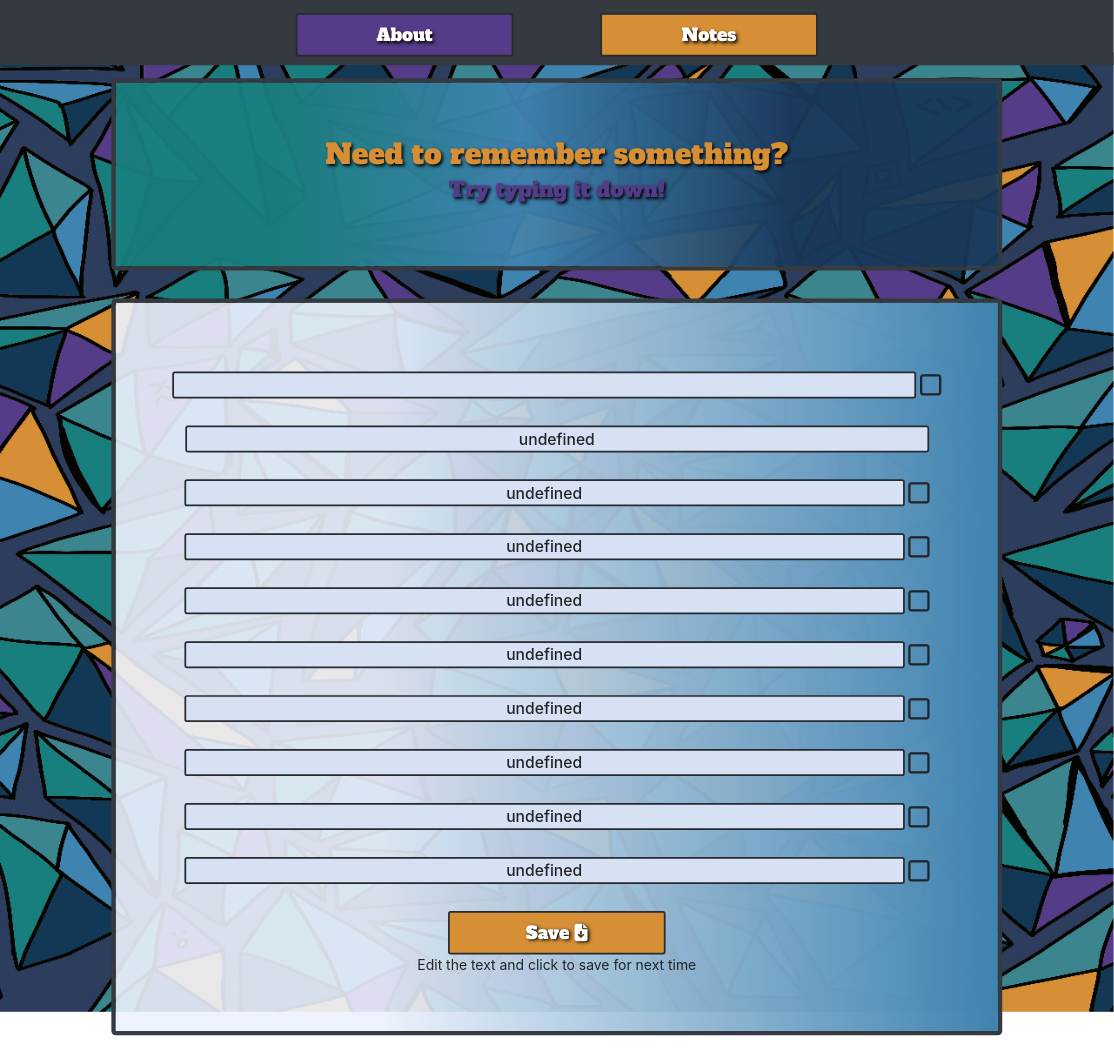
Repository: Kamicoda/Mynote
Page: index.html
The author's editor kept a record of every edit. The page is drawn from the files as they stood at one moment, then again after the next edit.
The browser window is 1280 px wide. The pictures show the whole page, at 87% of full size.
Backgrounds fixed to the window are drawn as part of the page. Some web fonts or font styles are not loaded; a fallback is used. Some web libraries are served in a nearby version.

Above is the page before.

### index.html
<!DOCTYPE html>
<html lang="en">

<head>
    <meta charset="UTF-8">
    <meta name="viewport" content="width=device-width, initial-scale=1.0">
    <meta http-equiv="X-UA-Compatible" content="ie=edge">
    <title>Document</title>


    <!--Bootstrap-->
    <link rel="stylesheet" href="https://maxcdn.bootstrapcdn.com/bootstrap/4.2.1/css/bootstrap.min.css" type="text/css" />
    <link rel="stylesheet" href="https://cdnjs.cloudflare.com/ajax/libs/hover.css/2.3.1/css/hover-min.css" type="text/css" />
    <!--Css-->
    <link rel="stylesheet" href="assets/style/style.css" type="text/css" />
    <link href="https://fonts.googleapis.com/css?family=Alfa+Slab+One&display=swap" rel="stylesheet">
    <!--Jquery-->
    <script src="https://code.jquery.com/jquery-3.4.1.min.js" integrity="sha256-CSXorXvZcTkaix6Yvo6HppcZGetbYMGWSFlBw8HfCJo=" crossorigin="anonymous"></script>

    <!--Scripts-->
    <script src="https://kit.fontawesome.com/06adabaaa3.js"></script>
    <script type="text/javascript" src="assets/js/script1.js"></script>
    <script type="text/javascript" src="assets/js/script2.js"></script>


</head>

<body class="bgbody" onload="checkEdits()">

    <!--navigation-->
    <div class="container-fluid bg-dark">
        <ul class="nav justify-content-center">
            <li class="nav-item">
                <button id="aboutNav" type="button" class="btn btn-secondary btn-lg border border-light">About</button>
            </li>
            <li class="nav-item">
                <button id="notesNav" type="button" class="btn btn-primary btn-lg border border-light">Notes</button>
            </li>

        </ul>
    </div>

    <div class="jumbotron border border-dark header bg-grey mx-auto">
        <div class="row">
            <div id="headerwelcome" class="col-12">
                <h2 class="fancytext"> Need to remember something?</h2>
                <h4 class="fancytextsm">Try typing it down!</h4>
            </div>

            <div id="headerabout" class="col-12">
                <h2 class="fancytext"> Aboot, Abouut, Abuuut!</h2>
                <h4 class="fancytextsm">have a quick read</h4>
            </div>

            <div id="headernotes" class="col-12">
                <h2 class="fancytext"> Don't forget to not forget!</h2>
                <h4 class="fancytextsm">Also don't forget to keep it stupidly simple</h4>
            </div>
        </div>
    </div>

    <div class="jumbotron border border-dark cont header mx-auto">
        <div class="container-flex">


            <section id="aboutSec">
                <div class="row">
                    <div class="col-12">
                        <p>here to help you remember!</p>
                        <div class="row">
                            <div class="col-md-12 col-lg-6 col-xl-8">
                                <p>this website should make writing things down a little easier there are a few features to be added at some point,
                                but less off that just remember keep calm and make it concice youll get through whatever you need notes for! </p>
                                <hr class="my-4">
                                <p> to use simply type your note and hit save, thats it it will save a note to your local browser storage like how google autofills things for you.</p>
                            </div>
                            <div class="col-md-12 col-lg-6 col-xl-4 justify-content-center mx-auto">
                                <div class="catnote"></div>
                                <p>Don't end up like cat note!</p>
                            </div>
                        </div>
                    </div>
                </div>
        </div>
        </section>

        <section id="notesSec">
            <div class="row">

                <div class="col-12">
                    <div id="editList" class="row">

                        <div class="col-12">
                            <p id="edit" contenteditable="true" class="editableP border border-light" placeholder="Write your notes here!"></p>
                            <div id="checkBox" class="checkbox">
                                <i id="fasquare" class="far fa-square"></i>
                                <i id="fabox" class="far fa-check-square"></i>
                            </div>
                        </div>

                        <div class="col-12">
                            <p id="edit1" contenteditable="true" class="editableP border border-light" placeholder=">Note 2?</p>
                            <div id="checkBox1" class="checkbox">
                                <i id="fasquare1" class="far fa-square"></i>
                                <i id="fabox1" class="far fa-check-square"></i>
                            </div>
                        </div>

                        <div class="col-12">
                            <p id="edit2" contenteditable="true" class="editableP border border-light">Or note 3?</p>
                            <div id="checkBox2" class="checkbox">
                                <i id="fasquare2" class="far fa-square"></i>
                                <i id="fabox2" class="far fa-check-square"></i>
                            </div>
                        </div>

                        <div class="col-12">
                            <p id="edit3" contenteditable="true" class="editableP border border-light">Have fun with these!</p>
                            <div id="checkBox3" class="checkbox">
                                <i id="fasquare3" class="far fa-square"></i>
                                <i id="fabox3" class="far fa-check-square"></i>
                            </div>
                        </div>

                        <div class="col-12">
                            <p id="edit4" contenteditable="true" class="editableP border border-light">But remeber</p>
                            <div id="checkBox4" class="checkbox">
                                <i id="fasquare4" class="far fa-square"></i>
                                <i id="fabox4" class="far fa-check-square"></i>
                            </div>
                        </div>

                        <div class="col-12">
                            <p id="edit5" contenteditable="true" class="editableP border border-light">Once you hit save</p>
                            <div id="checkBox5" class="checkbox">
                                <i id="fasquare5" class="far fa-square"></i>
                                <i id="fabox5" class="far fa-check-square"></i>
                            </div>
                        </div>

                        <div class="col-12">
                            <p id="edit6" contenteditable="true" class="editableP border border-light">These messeges will go away :(</p>
                            <div id="checkBox6" class="checkbox">
                                <i id="fasquare6" class="far fa-square"></i>
                                <i id="fabox6" class="far fa-check-square"></i>
                            </div>
                        </div>

                        <div class="col-12">
                            <p id="edit7" contenteditable="true" class="editableP border border-light">Mybe you should take a note of that?</p>
                            <div id="checkBox7" class="checkbox">
                                <i id="fasquare7" class="far fa-square"></i>
                                <i id="fabox7" class="far fa-check-square"></i>
                            </div>
                        </div>

                        <div class="col-12">
                            <p id="edit8" contenteditable="true" class="editableP border border-light">Or not?</p>
                            <div id="checkBox8" class="checkbox">
                                <i id="fasquare8" class="far fa-square"></i>
                                <i id="fabox8" class="far fa-check-square"></i>
                            </div>
                        </div>

                        <div class="col-12">
                            <p id="edit9" contenteditable="true" class="editableP border border-light">Have fun :)</p>
                            <div id="checkBox9" class="checkbox">
                                <i id="fasquare9" class="far fa-square"></i>
                                <i id="fabox9" class="far fa-check-square"></i>
                            </div>

                            <div>
                                <button type="button " onclick="save()" class="btn btn-primary btn-lg border border-light saveButton">Save
                        <i class="fas fa-file-download"></i></button>
                            </div>

                            <div id="update"> Edit the text and click to save for next time </div>
                        </div>
                    </div>
                </div>
            </div>
        </section>
    </div>

</body>
<footer>

</footer>

</html>

### assets/style/style.css
@import url('https://fonts.googleapis.com/css?family=Roboto:100,200,300,400,500,600,700|Exo:100,200,300,400,500,600,700|Six Caps:100,200,300,400,500,600,700');

/*Colors*/

.bg-dark {
    background-color: rgba(39, 42, 48, 1);
}

.bg-grey {
    background: rgb(24, 127, 126);
    background: linear-gradient(90deg, rgba(24, 127, 126, 0.95) 18%, rgba(63, 131, 176, 0.95) 46%, rgba(25, 56, 90, 0.95) 77%);
}

.bg-light {
    background-color: rgba(72, 63, 57, 0.5);

}

/*background*/

.border-dark {
    margin-top: 15px;
    border-width: 5px !important;
    border-bottom-style: solid;
    border-color: rgba(39, 42, 48, 1);
}

.border-light {
    margin-top: 15px;
    border-width: 2px !important;
    border-bottom-style: solid;
    border-color: rgba(39, 42, 48, 1) !important;
    border-radius: 3px;
}

.bgbody {
    background: url("notesBg.jpg");
    Margin: 0;
    background-position: center;
    background-repeat: no-repeat;
    background-attachment: fixed;
    z-index: -1;
}

.catnote {
    background-image: url("catnote.jpg");
    background-size: contain;
    width: 100%;
    height: 218px;
    background-position: center;
    background-repeat: no-repeat;
}

.navigationbackground {
    position: fixed;
    height: 100%;
    width: 100%;
}

.nav-item {
    margin-left: 50px;
    margin-right: 50px;
    margin-bottom: 10px;
}

.btn {
    border-radius: 0;
    width: 250px;
    border-radius: 3px;
    font-family: 'Alfa Slab One', cursive;
    text-shadow: 2px 2px 4px #000000;
}

.btn-primary {
    background-color: #d68f35;
}

.btn-primary:hover {
    color: #fff;
    background-color: #ffad44;
}

.btn-primary.focus,
.btn-primary:focus {
    box-shadow: 0 0 0 0.2rem rgb(243, 187, 116);
}

.btn-primary:not(:disabled):not(.disabled):active,
.show>.btn-primary.dropdown-toggle {
    color: #fff;
    background-color: #d68f35;
    border-color: #d68f35;
}

.btn-secondary {
    background-color: #543c88;
}

.btn-secondary:hover {
    color: #fff;
    background-color: #6a42bf;
}

.btn-secondary.focus,
.btn-secondary:focus {
    box-shadow: 0 0 0 0.2rem rgb(84, 60, 136);
}

.btn-secondary:not(:disabled):not(.disabled):active,
.show>.btn-secondary.dropdown-toggle {
    color: #fff;
    background-color: #543c88;
}


.header {
    text-align: center;
    width: 80%;
}


@media only screen and (max-width: 576px) {
    .header {
        width: 100%;
    }
}

.editableP {
    padding: 5;
    background-color: rgba(214, 226, 243, 1);
    display: inline-block;
    font-size: large;
    font-weight: 500;
    width: 90%;
}

@media only screen and (max-width: 320px) {
    .editableP {
        width: 80%;
        padding: 0px !important;
    }
}

.cont {
    background: rgb(236, 241, 252);
    background: linear-gradient(90deg, rgba(236, 241, 252, 0.9) 30%, rgba(63, 131, 176, 1) 100%);

}


.ul .li {
    list-style: none;
}

.checkbox {
    font-size: 28px;
    display: inline-block;
    transform: translate(0px, 4px);
}

.fancytext {
    font-family: 'Alfa Slab One', cursive;
    color: #d68f35;
    text-shadow: 2px 2px 4px #000000;
}

.fancytextsm {
    font-family: 'Alfa Slab One', cursive;
    color: #543c88;
    text-shadow: 2px 2px 4px #000000;
}

### assets/js/script1.js
//Buttons
$(document).ready(function() {

    $('#aboutSec').toggle();
    $('#notesSec').show();
    $('#gamesSec').toggle();
    $('#linksSec').toggle();
    $('.fa-check-square').toggle();
    $('#headerwelcome').show();
    $('#headerabout').toggle();
    $('#headernotes').toggle();


    $('#aboutNav').on('click', function() {
        $('#aboutSec').show(1000);
        $('#notesSec').hide(1000);
        $('#headerwelcome').hide();
        $('#headerabout').show();
        $('#headernotes').hide();
    });

    $('#notesNav').on('click', function() {
        $('#notesSec').show(1000);
        $('#aboutSec').hide(1000);
        $('#headerwelcome').hide();
        $('#headernotes').show();
        $('#headerabout').hide();

    });

    $('#checkBox').on('click', function() {
        $('#fasquare').toggle();
        $('#fabox').toggle();
    });

    $('#checkBox1').on('click', function() {
        $('#fasquare1').toggle();
        $('#fabox1').toggle();
    });

    $('#checkBox2').on('click', function() {
        $('#fasquare2').toggle();
        $('#fabox2').toggle();
    });

    $('#checkBox3').on('click', function() {
        $('#fasquare3').toggle();
        $('#fabox3').toggle();
    });

    $('#checkBox4').on('click', function() {
        $('#fasquare4').toggle();
        $('#fabox4').toggle();
    });

    $('#checkBox5').on('click', function() {
        $('#fasquare5').toggle();
        $('#fabox5').toggle();
    });

    $('#checkBox6').on('click', function() {
        $('#fasquare6').toggle();
        $('#fabox6').toggle();
    });

    $('#checkBox7').on('click', function() {
        $('#fasquare7').toggle();
        $('#fabox7').toggle();
    });

    $('#checkBox8').on('click', function() {
        $('#fasquare8').toggle();
        $('#fabox8').toggle();
    });

    $('#checkBox9').on('click', function() {
        $('#fasquare9').toggle();
        $('#fabox9').toggle();
    });

});

### assets/js/script2.js

function save() {
localStorage.userEdits = document.getElementById("edit").innerText;
localStorage.userEdits1 = document.getElementById("edit1").innerText;
localStorage.userEdits2 = document.getElementById("edit2").innerText;
localStorage.userEdits3 = document.getElementById("edit3").innerText;
localStorage.userEdits4 = document.getElementById("edit4").innerText;
localStorage.userEdits5 = document.getElementById("edit5").innerText;
localStorage.userEdits6 = document.getElementById("edit6").innerText;
localStorage.userEdits7 = document.getElementById("edit7").innerText;
localStorage.userEdits8 = document.getElementById("edit8").innerText;
localStorage.userEdits9 = document.getElementById("edit9").innerText;

document.getElementById("update").innerHTML="Edits saved!";
}

function checkEdits() {

if(localStorage.userEdits!=null)
document.getElementById("edit").innerHTML = localStorage.userEdits;
document.getElementById("edit1").innerHTML = localStorage.userEdits1;
document.getElementById("edit2").innerHTML = localStorage.userEdits2;
document.getElementById("edit3").innerHTML = localStorage.userEdits3;
document.getElementById("edit4").innerHTML = localStorage.userEdits4;
document.getElementById("edit5").innerHTML = localStorage.userEdits5;
document.getElementById("edit6").innerHTML = localStorage.userEdits6;
document.getElementById("edit7").innerHTML = localStorage.userEdits7;
document.getElementById("edit8").innerHTML = localStorage.userEdits8;
document.getElementById("edit9").innerHTML = localStorage.userEdits9;
}

//original code idea from https://www.developerdrive.com/allowing-users-to-edit-text-content-with-html5/
//with some tweaking


//

After the next edit:
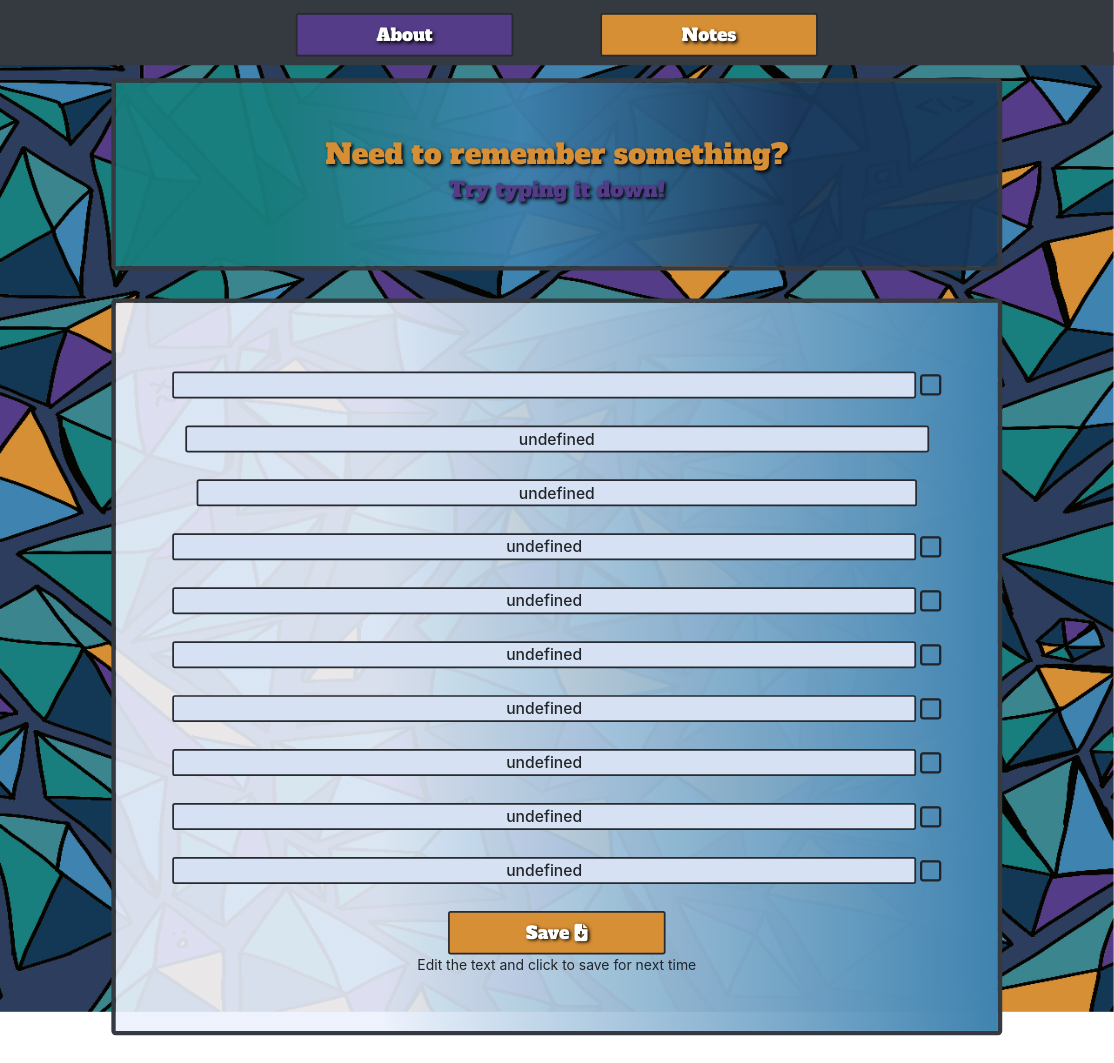
The edit:
--- a/index.html
+++ b/index.html
@@ -107,7 +107,7 @@
                         </div>
 
                         <div class="col-12">
-                            <p id="edit2" contenteditable="true" class="editableP border border-light">Or note 3?</p>
+                            <p id="edit2" contenteditable="true" class="editableP border border-light" placeholder=">Or note 3?</p>
                             <div id="checkBox2" class="checkbox">
                                 <i id="fasquare2" class="far fa-square"></i>
                                 <i id="fabox2" class="far fa-check-square"></i>
